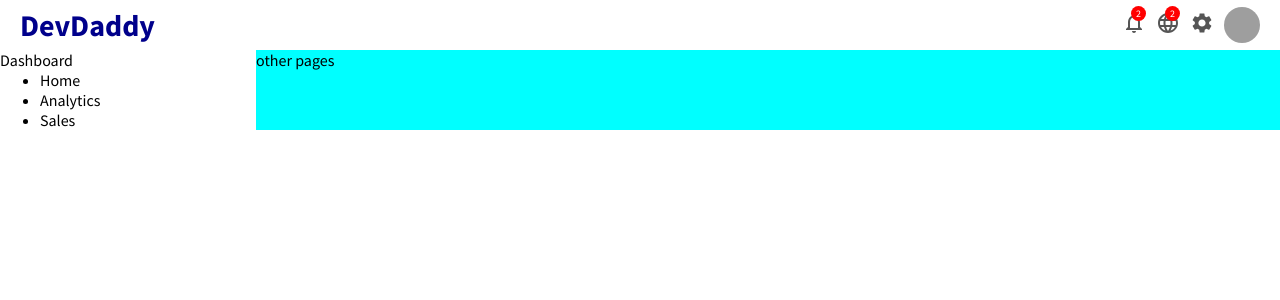
Repository: Marhamat92/react-admin-dashboard
Page: /user/1
These files come from the project's save history. The page is drawn as it stood at one moment and after the next save; the edit follows.
The browser window is 1280 px wide. The pictures show the whole page.
Pictures or frames that could not be fetched are drawn as grey boxes. The project was rebuilt for these pictures with package versions that can differ from the ones it lists, and the page was loaded fresh each time.

Above is the page before, as saved 2023-02-07 17:41:57.

After the next save:
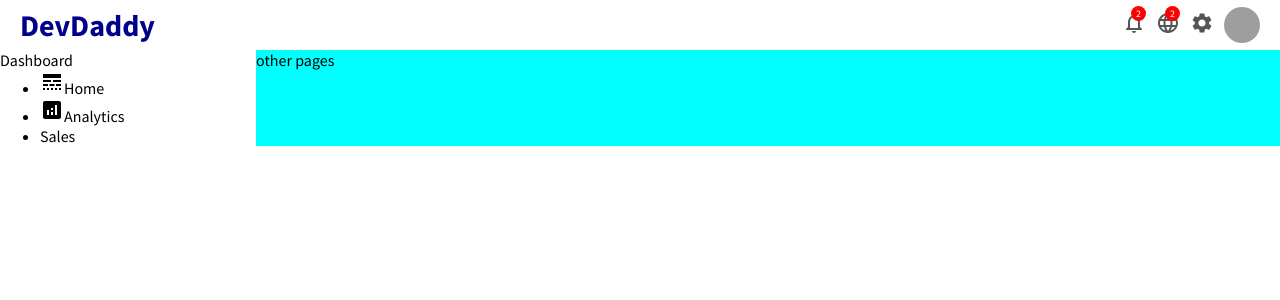
Saved 96 s later.
--- a/src/components/sidebar/Sidebar.js
+++ b/src/components/sidebar/Sidebar.js
@@ -1,5 +1,6 @@
 import React from 'react'
 import './sidebar.scss'
+import { Analytics, LineStyle } from '@mui/icons-material'
 
 function Sidebar() {
   return (
@@ -10,10 +11,12 @@ function Sidebar() {
             Dashboard
           </div>
           <ul className='sidebarList'>
-            <li className='sidebarListItem active'>
+            <li className='sidebarListItem'>
+              <LineStyle />
               Home
             </li>
             <li className='sidebarListItem'>
+              <Analytics />
               Analytics
             </li>
             <li className='sidebarListItem'>
